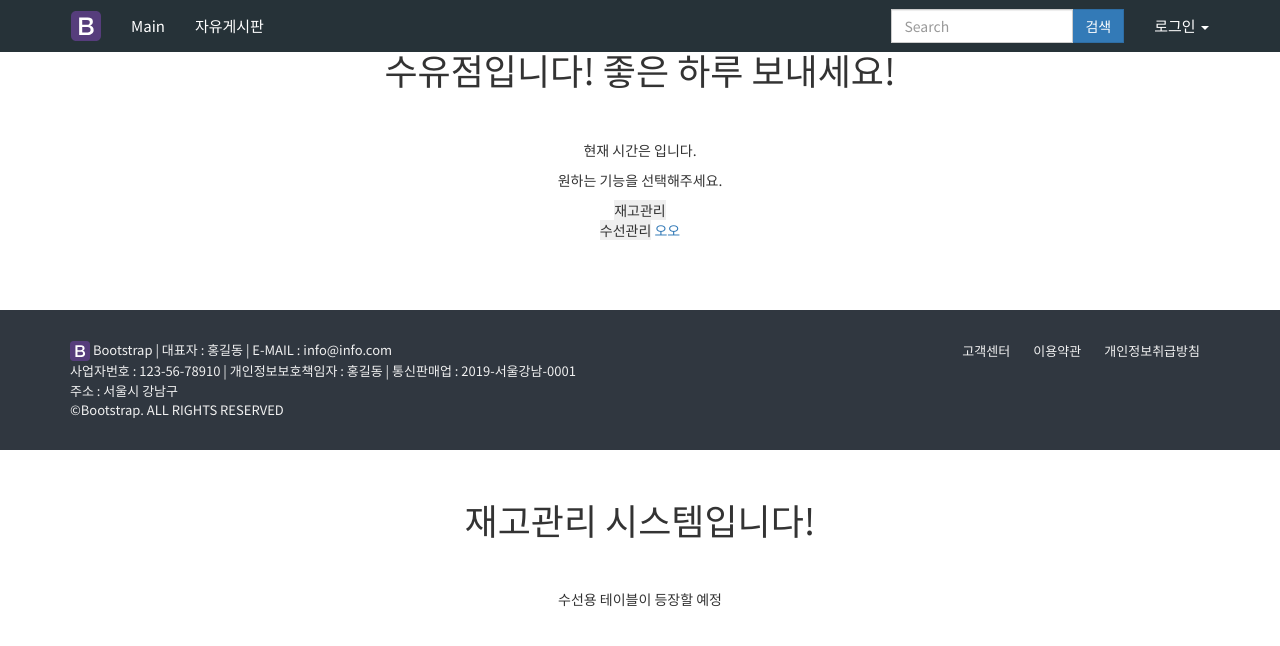
Repository: RattenLegs/Project_Inventory
Page: http://localhost/Project_Inventory/WEB-INF/views/home.jsp
An editor plug-in stored every save of this project. The page is shown before and after the next save, followed by the edit.
The browser window is 1280 px wide. The pictures show the whole page.
Some web libraries are served in a nearby version. The page is served by Tomcat 9. Nobody is signed in. The template is opened directly, without the code that normally fills it, so the values that code supplies are empty.

Above is the page before, as saved 2022-12-01 15:13:44.

After the next save:
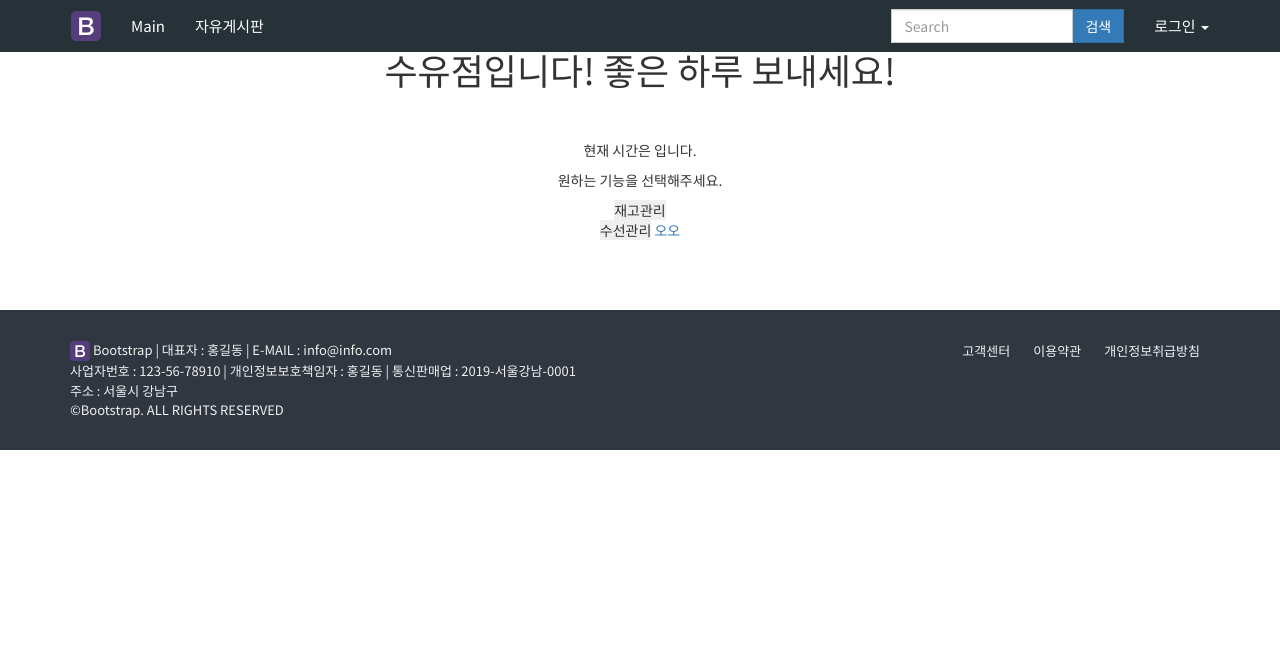
Saved 26 s later.
--- a/Project_Inventory/src/main/webapp/WEB-INF/views/home.jsp
+++ b/Project_Inventory/src/main/webapp/WEB-INF/views/home.jsp
@@ -29,7 +29,6 @@
 	</section>
 </body>
 	<%@ include file="../views/include/footer.jsp" %>
-	<%@ include file="../views/repairboard/repairList.jsp" %>
 </html>
 
 <script>
